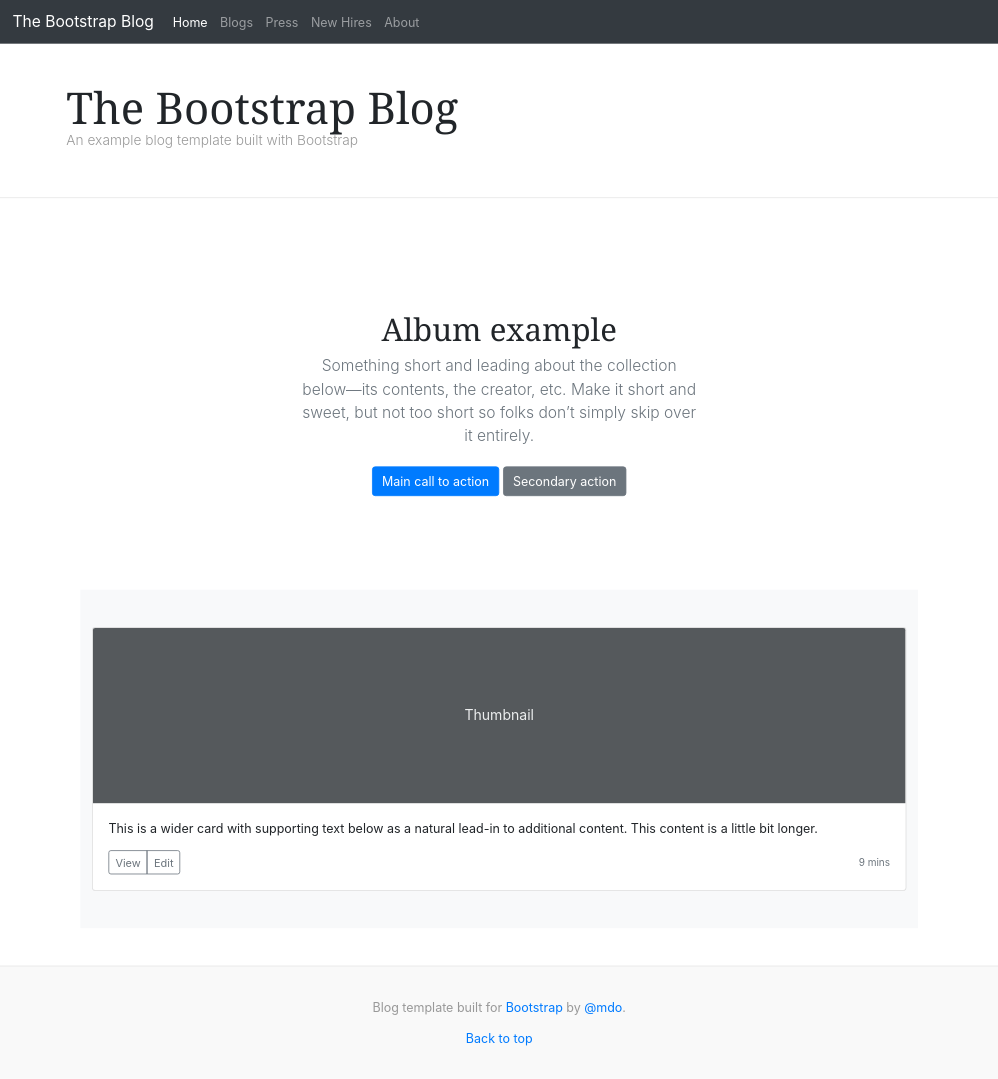
Repository: AshokSasi/CopyNPasta-Recycle-App
Page: http://localhost/
The author's editor kept a copy of each file at every save. The page is drawn from the files as they stood at one save, then again after a run of saves.
The browser window is 1280 px wide. The pictures show the whole page, at 78% of full size.
The page is served by the project's Laravel application, run on PHP 8.4 with Laravel 8. Queries for data that is not in the repository find no rows.

Above is the page before, as saved 2021-09-25 12:33:08.

After the next 2 saves:
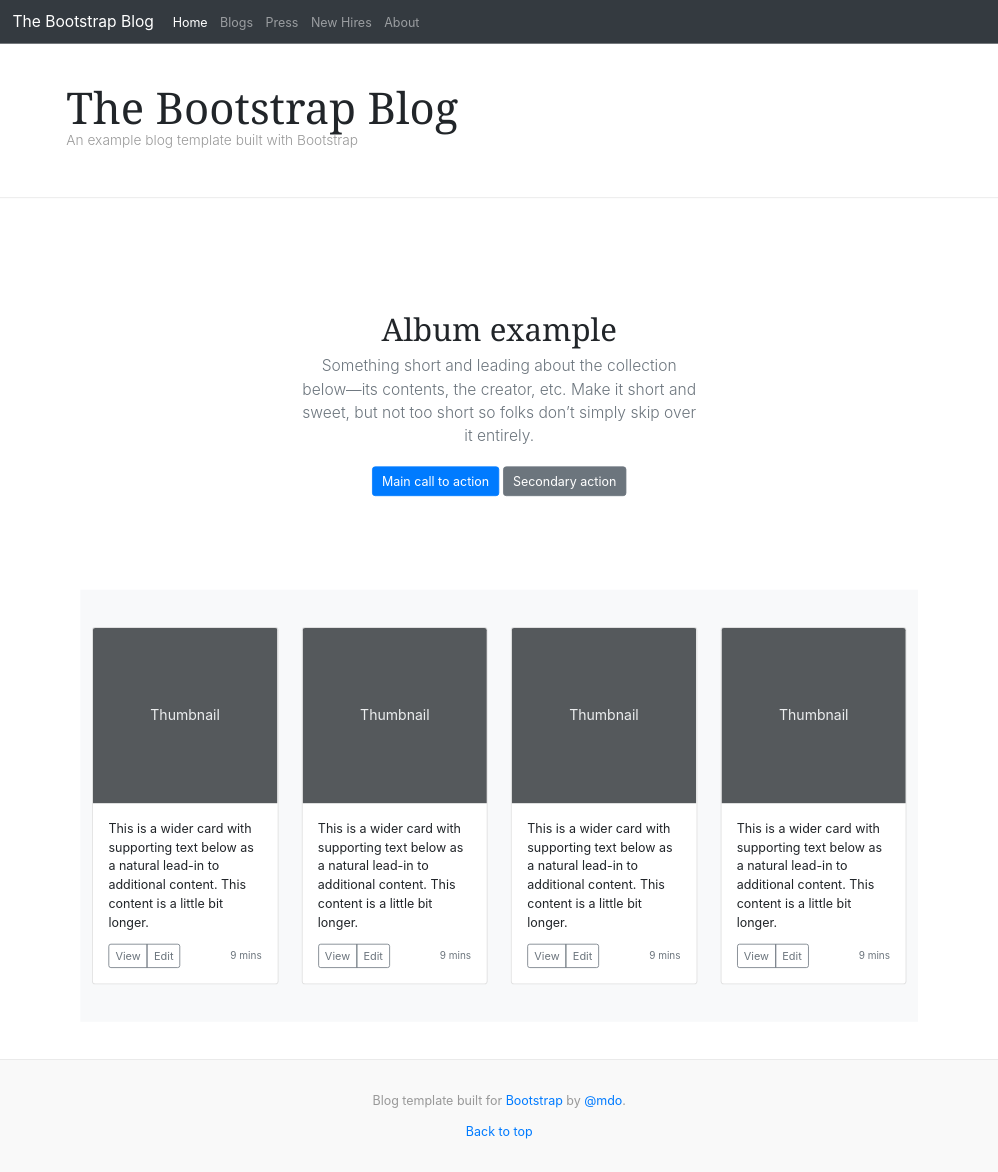
The 2 saves are shown as one change because they came seconds apart.
The last was saved 34 s later.
--- a/resources/views/home/index.blade.php
+++ b/resources/views/home/index.blade.php
@@ -71,7 +71,54 @@
               </div>
             </div>
           </div>
+          <div class="col">
+            <div class="card shadow-sm">
+              <svg class="bd-placeholder-img card-img-top" width="100%" height="225" xmlns="http://www.w3.org/2000/svg" role="img" aria-label="Placeholder: Thumbnail" preserveAspectRatio="xMidYMid slice" focusable="false"><title>Placeholder</title><rect width="100%" height="100%" fill="#55595c"/><text x="50%" y="50%" fill="#eceeef" dy=".3em">Thumbnail</text></svg>
 
+              <div class="card-body">
+                <p class="card-text">This is a wider card with supporting text below as a natural lead-in to additional content. This content is a little bit longer.</p>
+                <div class="d-flex justify-content-between align-items-center">
+                  <div class="btn-group">
+                    <button type="button" class="btn btn-sm btn-outline-secondary">View</button>
+                    <button type="button" class="btn btn-sm btn-outline-secondary">Edit</button>
+                  </div>
+                  <small class="text-muted">9 mins</small>
+                </div>
+              </div>
+            </div>
+          </div>
+          <div class="col">
+            <div class="card shadow-sm">
+              <svg class="bd-placeholder-img card-img-top" width="100%" height="225" xmlns="http://www.w3.org/2000/svg" role="img" aria-label="Placeholder: Thumbnail" preserveAspectRatio="xMidYMid slice" focusable="false"><title>Placeholder</title><rect width="100%" height="100%" fill="#55595c"/><text x="50%" y="50%" fill="#eceeef" dy=".3em">Thumbnail</text></svg>
+
+              <div class="card-body">
+                <p class="card-text">This is a wider card with supporting text below as a natural lead-in to additional content. This content is a little bit longer.</p>
+                <div class="d-flex justify-content-between align-items-center">
+                  <div class="btn-group">
+                    <button type="button" class="btn btn-sm btn-outline-secondary">View</button>
+                    <button type="button" class="btn btn-sm btn-outline-secondary">Edit</button>
+                  </div>
+                  <small class="text-muted">9 mins</small>
+                </div>
+              </div>
+            </div>
+          </div>
+          <div class="col">
+            <div class="card shadow-sm">
+              <svg class="bd-placeholder-img card-img-top" width="100%" height="225" xmlns="http://www.w3.org/2000/svg" role="img" aria-label="Placeholder: Thumbnail" preserveAspectRatio="xMidYMid slice" focusable="false"><title>Placeholder</title><rect width="100%" height="100%" fill="#55595c"/><text x="50%" y="50%" fill="#eceeef" dy=".3em">Thumbnail</text></svg>
+
+              <div class="card-body">
+                <p class="card-text">This is a wider card with supporting text below as a natural lead-in to additional content. This content is a little bit longer.</p>
+                <div class="d-flex justify-content-between align-items-center">
+                  <div class="btn-group">
+                    <button type="button" class="btn btn-sm btn-outline-secondary">View</button>
+                    <button type="button" class="btn btn-sm btn-outline-secondary">Edit</button>
+                  </div>
+                  <small class="text-muted">9 mins</small>
+                </div>
+              </div>
+            </div>
+          </div>
       </div>
     </div>
   </div>
